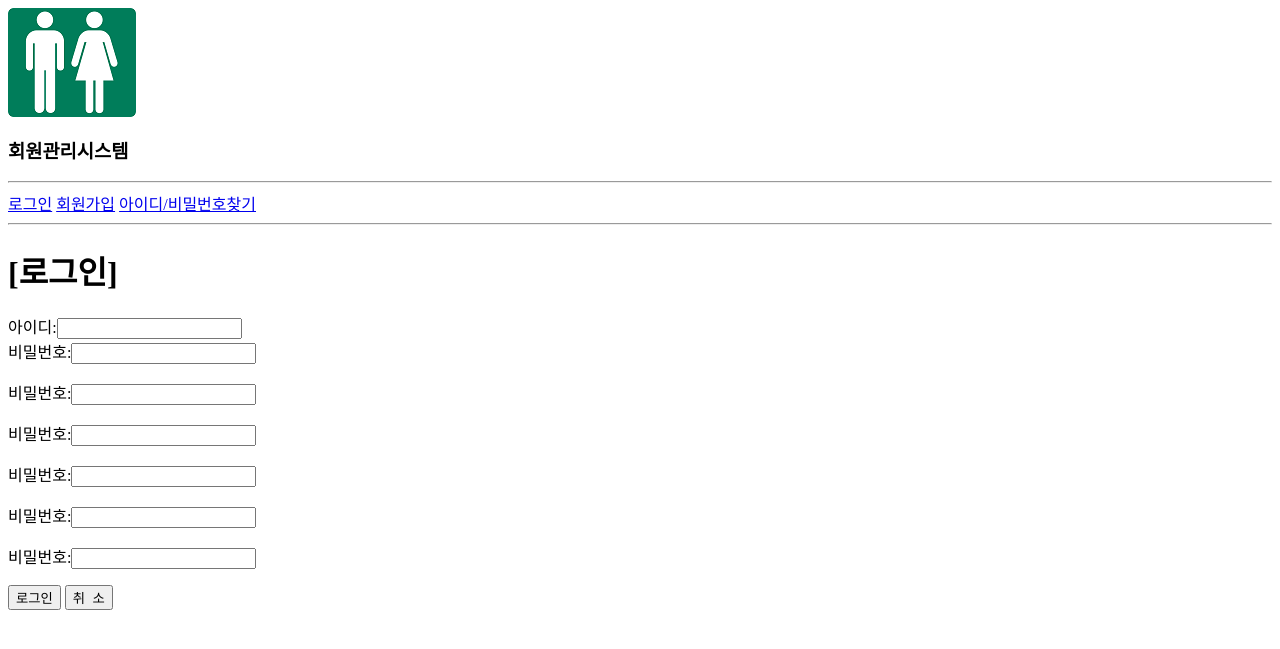
Repository: helloJunejun/WorkSpace_WebUi
Page: 0.1html_basic/src/main/webapp/joinMember.html
An editor plug-in stored every save of this project. The page is shown before and after the next save, followed by the edit.
The browser window is 1280 px wide. The pictures show the whole page.

Above is the page before, as saved 2021-06-24 00:12:44.

### 0.1html_basic/src/main/webapp/joinMember.html
<!--  문서타입 선언문 : html4 -->
<!DOCTYPE html PUBLIC "-//W3C//DTD HTML 4.01 Transitional//EN" "http://www.w3.org/TR/html4/loose.dtd">

<!--  root tag -->
<html lang="ko">
<!--  html 문서에 대한 부가적인 파싱 정보
	1. mime-type, character encoding 설정
	2. title 문서 제목
	3. css 설정
	4. javascript 설정
	5. 검색엔진 키워드 설정
 -->
	<head>
	<!--  mime-type, charcter encoding 설정 -->
		<meta http-equiv="Content-Type" content="text/html; charset=UTF-8">

		<!--  문서(document) 제목, 즐겨찾기시에 기본 텍스트 -->
		<title>로그인 | MMS</title>
	</head>

	<!-- 브라우저에 서비스(보여지는) 내용 -->
	<body>
	<a href="index.html"><img src="img/pictogram2.png"></a>
	<h3>회원관리시스템</h3>
		<hr>
		<a href="login.html">로그인</a>
		<a href="joinMember.html">회원가입</a>
		<a href="findMember.html">아이디/비밀번호찾기</a>
		<hr>
	<h1>[로그인]</h1>
	<form action="result.html" method="post">
		아이디:<input type="text" name="memberId"><br>
		비밀번호:<input type="password" name="memberPw"><p>
		비밀번호:<input type="password" name="memberPw"><p>
		비밀번호:<input type="password" name="memberPw"><p>
		비밀번호:<input type="password" name="memberPw"><p>
		비밀번호:<input type="password" name="memberPw"><p>
		비밀번호:<input type="password" name="memberPw"><p>

		<input type="submit" value="로그인">
		<input type="reset" value="취  소">


	</form>

	</body>
</html>

After the next save:
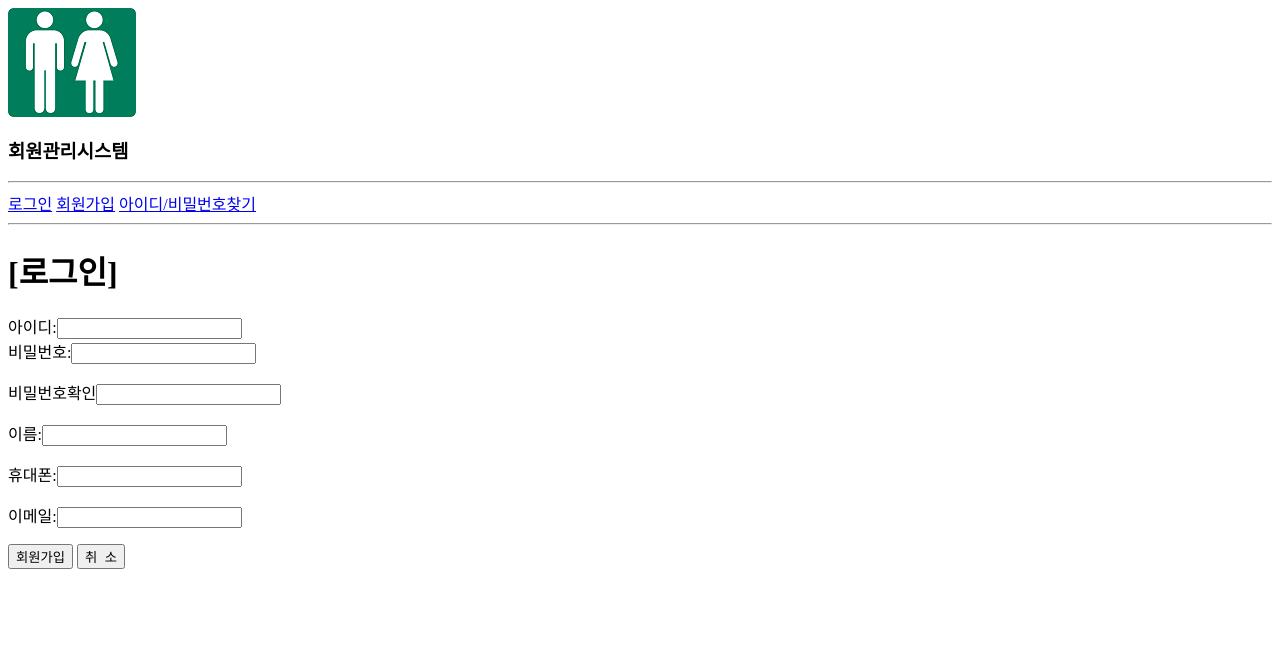
Saved 117 s later.
--- a/0.1html_basic/src/main/webapp/joinMember.html
+++ b/0.1html_basic/src/main/webapp/joinMember.html
@@ -31,13 +31,13 @@
 	<form action="result.html" method="post">
 		아이디:<input type="text" name="memberId"><br>
 		비밀번호:<input type="password" name="memberPw"><p>
-		비밀번호:<input type="password" name="memberPw"><p>
-		비밀번호:<input type="password" name="memberPw"><p>
-		비밀번호:<input type="password" name="memberPw"><p>
-		비밀번호:<input type="password" name="memberPw"><p>
-		비밀번호:<input type="password" name="memberPw"><p>
+		비밀번호확인<input type="password" name="memberPw"><p>
+		이름:<input type="password" name="memberPw"><p>
+		휴대폰:<input type="password" name="memberPw"><p>
+		이메일:<input type="password" name="memberPw"><p>
 
-		<input type="submit" value="로그인">
+
+		<input type="submit" value="회원가입">
 		<input type="reset" value="취  소">
 
 
